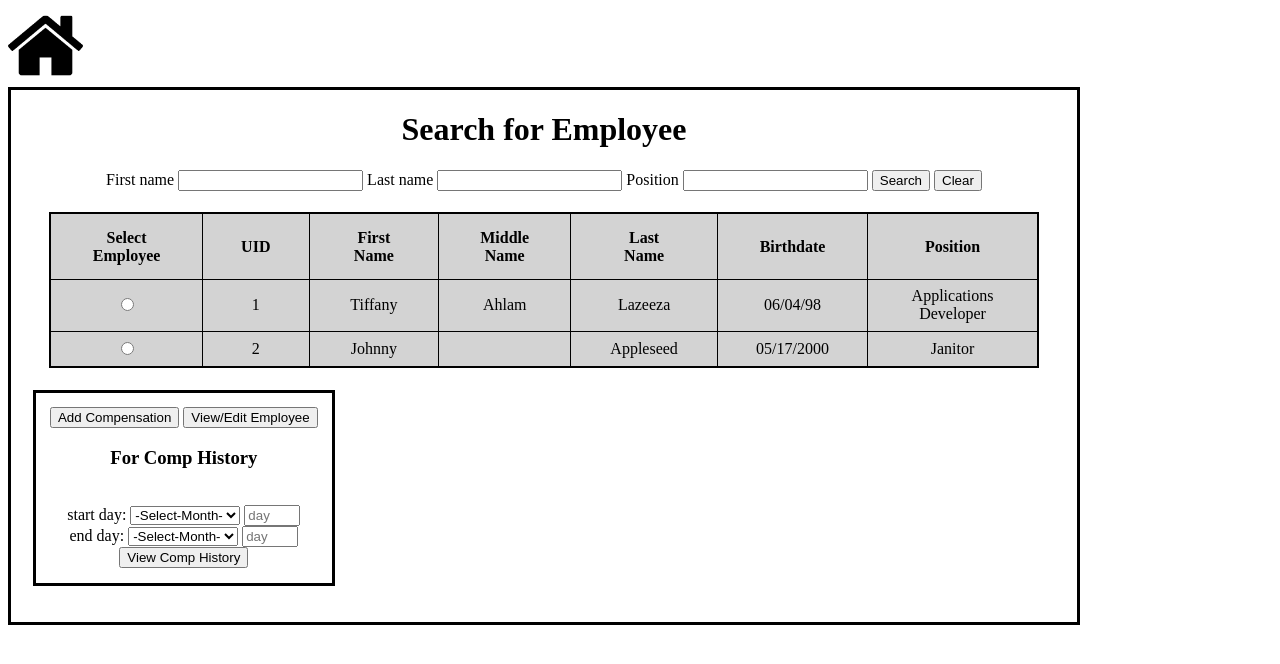
Repository: ticross18/SpringBootEmployeeSystem
Page: EmploymentSystem/src/main/resources/static/searchEmp.html
An editor plug-in stored every save of this project. The page is shown before and after the next save, followed by the edit.
The browser window is 1280 px wide. The pictures show the whole page.

Above is the page before, as saved 2022-05-17 18:06:41.

### EmploymentSystem/src/main/resources/static/searchEmp.html
<!DOCTYPE html>
<html>
<head>
	<title>Search for Employee</title>
	<meta charset="UTF-8">
	<meta name="viewport" content="width=device-width, initial-scale=1.0">
	<link href="css/screens.css" rel="stylesheet" type="text/css">
</head>
<body>

<a href="/"><img src="images/homeIcon2.png" id="homeButton" alt="home button"></a>

<div id="SearchEmpBox" >
	<h1 id="title">Search for Employee</h1>

	<form>
		<label for="fname">First name </label>
		<input type="text" id="fname" name="fname">
		<label for="lname">Last name  </label>
		<input type="text" id="lname" name="lname">
		<label for="position">Position</label>
		<input type="text" id="position" name="position">
		<button type="button" name ="search">Search</button>
		<button type="clear" name ="clear">Clear</button>
	</form>

	<table border=1  rules=rows id="results" >
		<tr>
			<th>Select Employee</th>
			<th>UID</th>
			<th>First Name</th>
			<th>Middle Name</th>
			<th>Last Name</th>
			<th>Birthdate</th>
			<th>Position</th>
		</tr>
		 <tr class="entries">
			<td><input type="radio" name="edit" class="editEmp"/></td>
			<td>1</td>
			<td>Tiffany</td>
			<td>Ahlam</td>
			<td>Lazeeza</td>
			<td>06/04/98</td>
			<td>Applications Developer</td>
		</tr>
		 <tr class="entries">
			<td><input type="radio" name="edit" class="editEmp"/></td>
			<td>2</td>
			<td>Johnny</td>
			<td></td>
			<td>Appleseed</td>
			<td>05/17/2000</td>
			<td>Janitor</td>
		</tr>

	</table>
		   	<div id="dateRange">
     <button type="button" class="optionButtons" onclick="location.href = '#';"  id="addEmp" > Add Compensation </button>

     <button type="button" class="optionButtons" onclick="location.href = '#';" id="viewEditEmp"> View/Edit Employee </button>


		<h3>For Comp History</h3><br>

		<label >start day:</label>
		    <select class='monthDropDown'>
			    <option selected value=''>-Select-Month-</option>
			    <option value='1'>January</option>
			    <option value='2'>February</option>
			    <option value='3'>March</option>
			    <option value='4'>April</option>
			    <option value='5'>May</option>
			    <option value='6'>June</option>
			    <option value='7'>July</option>
			    <option value='8'>August</option>
			    <option value='9'>September</option>
			    <option value='10'>October</option>
			    <option value='11'>November</option>
			    <option value='12'>December</option>
		    </select>
		    <input type="number"min="0" max="31" placeholder="day"/>

		    <br>

		<label>end day:</label>
		<select class='monthDropDown'>
		    <option selected value=''>-Select-Month-</option>
		    <option value='1'>January</option>
		    <option value='2'>February</option>
		    <option value='3'>March</option>
		    <option value='4'>April</option>
		    <option value='5'>May</option>
		    <option value='6'>June</option>
		    <option value='7'>July</option>
		    <option value='8'>August</option>
		    <option value='9'>September</option>
		    <option value='10'>October</option>
		    <option value='11'>November</option>
		    <option value='12'>December</option>
	    </select>
	    <input type="number"min="0" max="31" placeholder="day"/>
	     <br><button type="button" class="optionButtons" onclick="location.href = '#';" id="compHistory" > View Comp History </button>

	</div>


</div>
</body>
</html>

### EmploymentSystem/src/main/resources/static/css/screens.css
.container {
   display: flex;

}

#homeButton{
	width:75px;
	height:75px;
	position: relative;
}

.asterisk{
	color: red;
}

#addEmpBox {
	padding-left: 40vw;
	border: 3px solid rgb(0, 0, 0);
	padding-bottom: 15px;
}

#addEmpBox input {
	margin-bottom: 15px;
	padding: 2px;
}

#SearchEmpBox {
	border: 3px solid rgb(0, 0, 0);
	padding-bottom: 15px;
	margin-right: 15vw;
	text-align: center;
}

#userInput {
	display:inline-table;
}

#results {
	border: 2px solid black;
	margin: 10px;
	background-color: lightgrey;
	border-collapse: collapse;
	margin:  3vh 3vw;
}

#results th {
	padding: 2vh 3vw;
	border-left: 1px solid #000;
    border-right: 1px solid #000;
}

#results td {
	padding: 1vh 3vw ;
	border-left: 1px solid #000;
    border-right: 1px solid #000;

}

#finalEdit{
	text-align: left;
	position: left;
}

.optionButtons button{
	text-transform: uppercase;
	background-color: rgb(192, 192, 192);

	padding: 10px 5px;
	width:  auto ;
	float:right;
	position: sticky;

	margin-left: 13vw;

}

.optionButtons button:active {
  box-shadow: 0 5px #666;
  transform: translateY(4px);
}

.optionButtons button:hover {
  background-color: rgb(255, 255, 128);
  cursor: pointer;
}

#dateRange {
	border: 3px solid rgb(0, 0, 0);
	width:fit-content;
	margin: 3vh;
	padding: 2vh;
}



.monthDropDown {
	width:110px;
}


tr.entries:hover {
  background-color: white;
  cursor: pointer;
}

After the next save:
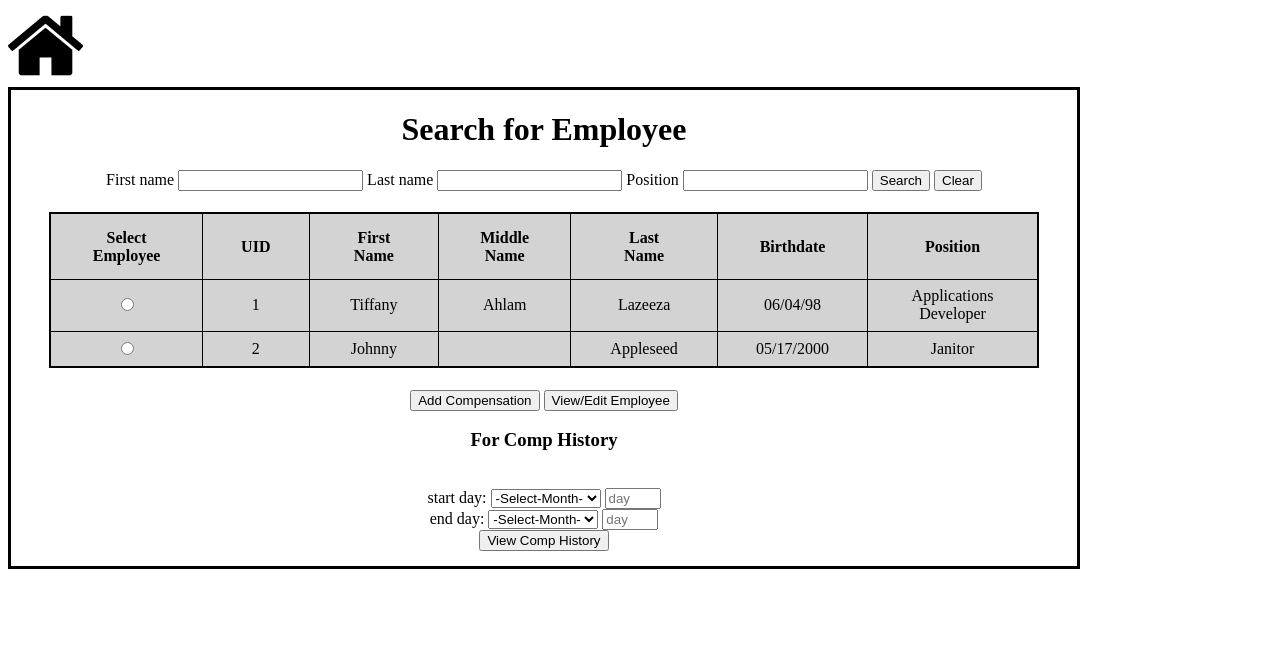
Saved 7 s later.
--- a/EmploymentSystem/src/main/resources/static/searchEmp.html
+++ b/EmploymentSystem/src/main/resources/static/searchEmp.html
@@ -54,7 +54,7 @@
 		</tr>
 
 	</table>
-		   	<div id="dateRange">
+
      <button type="button" class="optionButtons" onclick="location.href = '#';"  id="addEmp" > Add Compensation </button>
 
      <button type="button" class="optionButtons" onclick="location.href = '#';" id="viewEditEmp"> View/Edit Employee </button>
